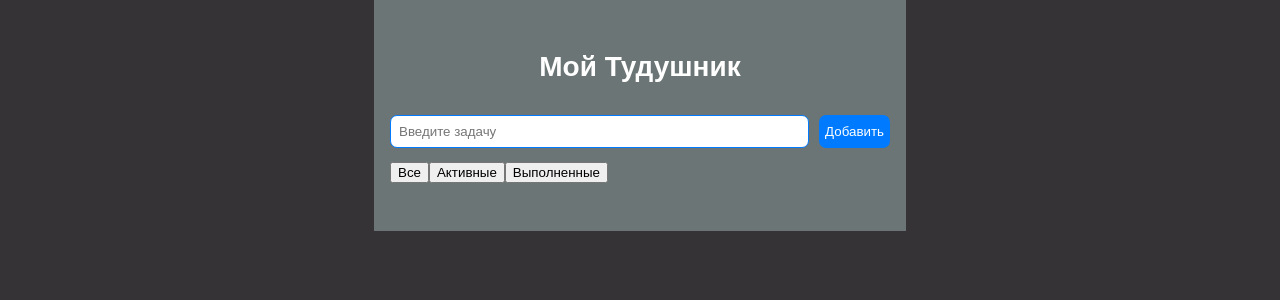
Repository: AlekCawka/-todo-project
Page: /
These files come from the project's save history. The page is drawn as it stood at one moment and after the next save; the edit follows.
The browser window is 1280 px wide. The pictures show the whole page.
The project was rebuilt for these pictures with package versions that can differ from the ones it lists, and the page was loaded fresh each time. Also part of the build but not shown: vite.config.js.

Above is the page before, as saved 2025-08-06 11:34:32.

After the next save:
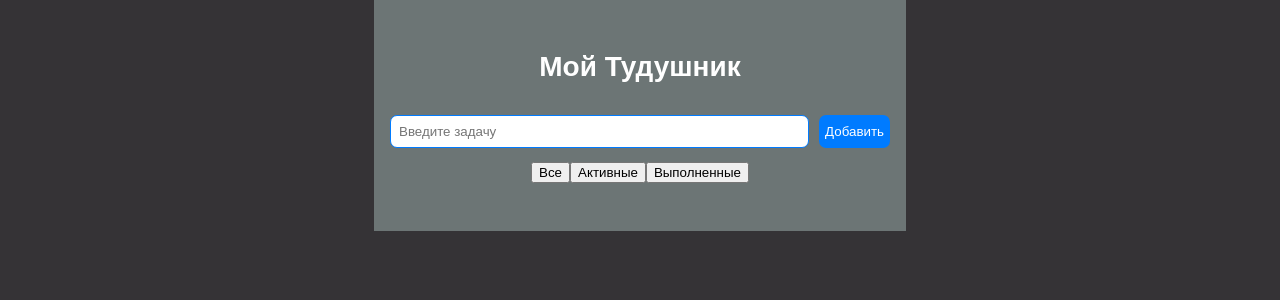
Saved 37 s later.
--- a/src/App.css
+++ b/src/App.css
@@ -46,6 +46,10 @@ body {
     background-color: #0056b3
 }
 
+.filters {
+    display: flex;
+    justify-content: center;
+}
 /*
 .filters {
   display: flex;
